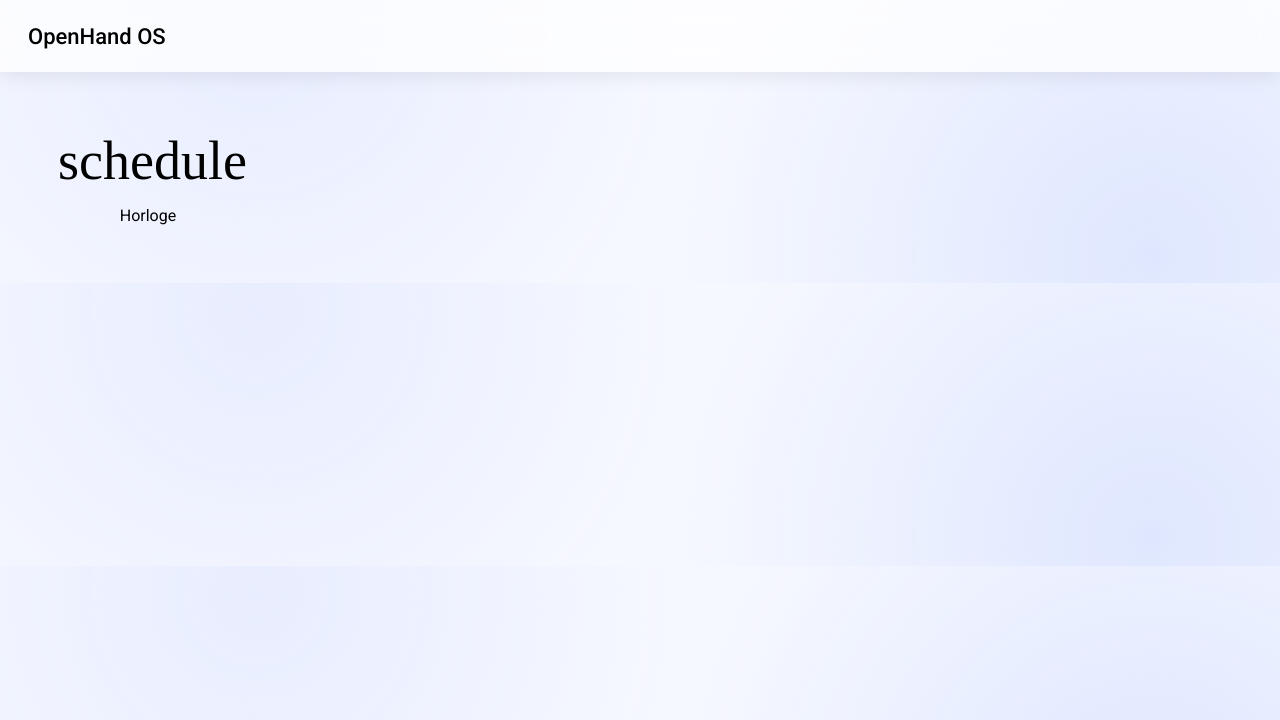
Repository: nlagardere/OpenHand
Page: index.html
An editor plug-in stored every save of this project. The page is shown before and after the next save, followed by the edit.
The browser window is 1280 px wide. The pictures show the whole page.
Some web fonts or font styles are not loaded; a fallback is used.

Above is the page before, as saved 2026-01-30 21:14:31.

After the next save:
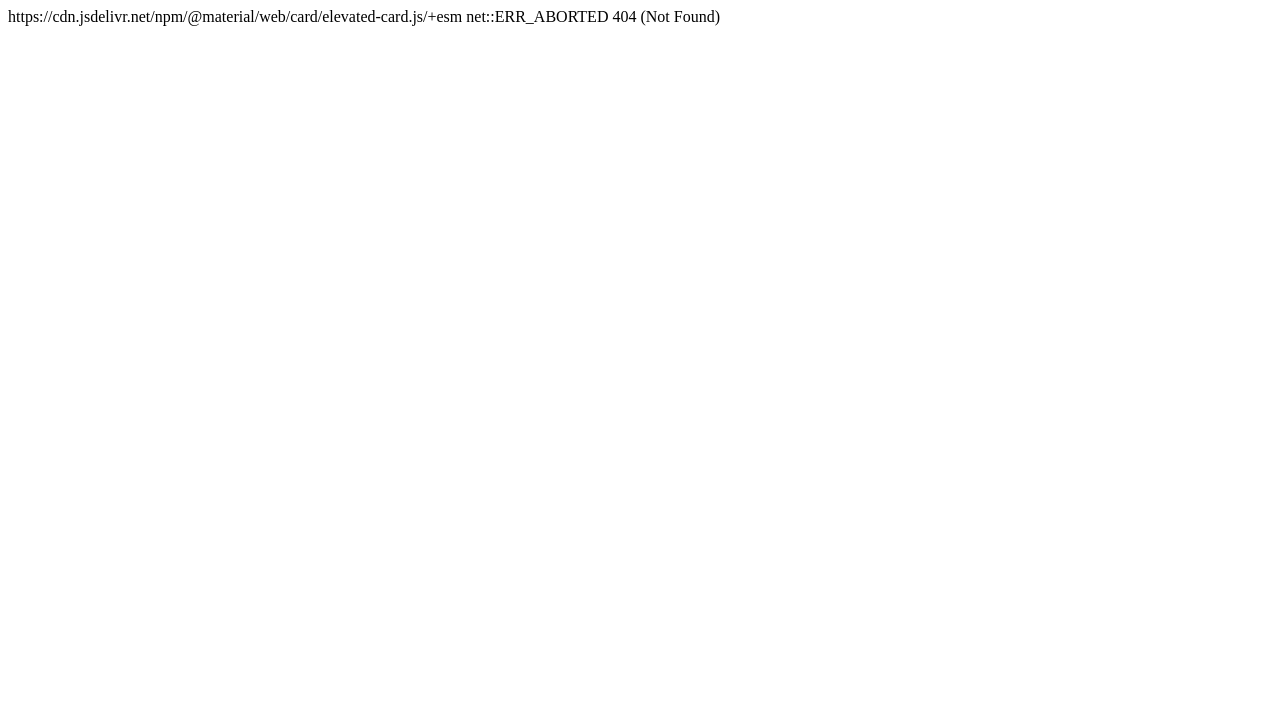
Saved 84 s later.
--- a/index.html
+++ b/index.html
@@ -1,48 +1 @@
-<!DOCTYPE html>
-<html lang="fr">
-<head>
-<meta charset="UTF-8">
-<title>OpenHand OS</title>
-
-<link href="https://fonts.googleapis.com/css2?family=Roboto:wght@400;500;700&family=Material+Symbols+Rounded" rel="stylesheet">
-
-<!-- Material Web officiel -->
-<script type="importmap">
-{
-  "imports": {
-    "@material/web/": "https://esm.run/@material/web/"
-  }
-}
-</script>
-
-<script type="module">
-  import '@material/web/button/filled-tonal-button.js';
-  import '@material/web/card/elevated-card.js';
-</script>
-
-<link rel="stylesheet" href="css/style.css">
-</head>
-
-<body>
-
-<div id="topbar">
-  <span>OpenHand OS</span>
-</div>
-
-<div id="desktop"></div>
-
-<!-- Fenêtre app plein écran -->
-<div id="appWindow">
-  <div id="appBar">
-    <md-filled-tonal-button onclick="closeApp()">
-      Retour
-    </md-filled-tonal-button>
-  </div>
-
-  <iframe id="appFrame"></iframe>
-</div>
-
-<script src="main.js"></script>
-
-</body>
-</html>
+https://cdn.jsdelivr.net/npm/@material/web/card/elevated-card.js/+esm net::ERR_ABORTED 404 (Not Found)

After the save that followed:
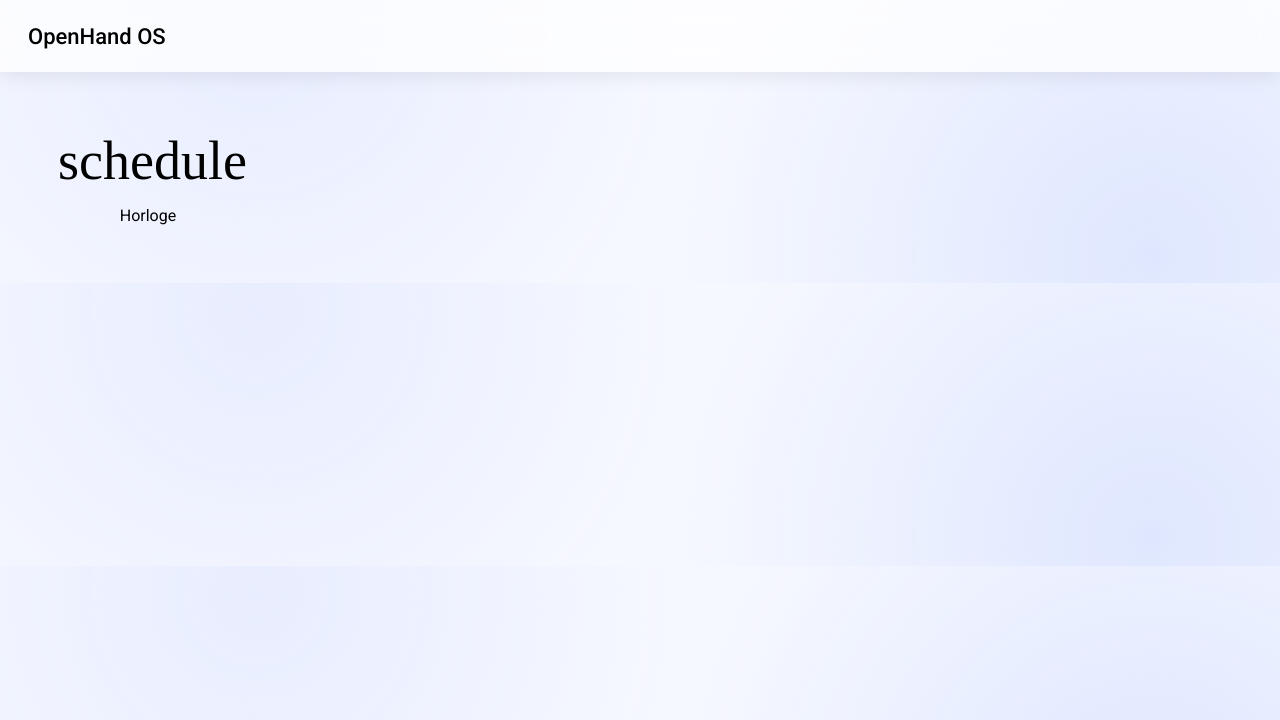
Saved 14 s later.
--- a/index.html
+++ b/index.html
@@ -1 +1,42 @@
-https://cdn.jsdelivr.net/npm/@material/web/card/elevated-card.js/+esm net::ERR_ABORTED 404 (Not Found)
+<!DOCTYPE html>
+<html lang="fr">
+<head>
+<meta charset="UTF-8">
+<title>OpenHand OS</title>
+
+<link href="https://fonts.googleapis.com/css2?family=Roboto:wght@400;500&family=Material+Symbols+Rounded" rel="stylesheet">
+
+<!-- ✅ Material Web via esm.run (OFFICIEL RECOMMANDÉ) -->
+<script type="importmap">
+{
+  "imports": {
+    "@material/web/": "https://esm.run/@material/web/"
+  }
+}
+</script>
+
+<script type="module">
+  import '@material/web/card/elevated-card.js';
+  import '@material/web/button/filled-tonal-button.js';
+</script>
+
+<link rel="stylesheet" href="style.css">
+</head>
+
+<body>
+
+<div id="topbar">OpenHand OS</div>
+
+<div id="desktop"></div>
+
+<div id="appWindow">
+  <div id="appBar">
+    <md-filled-tonal-button onclick="closeApp()">Retour</md-filled-tonal-button>
+  </div>
+  <iframe id="appFrame"></iframe>
+</div>
+
+<script src="main.js"></script>
+
+</body>
+</html>
